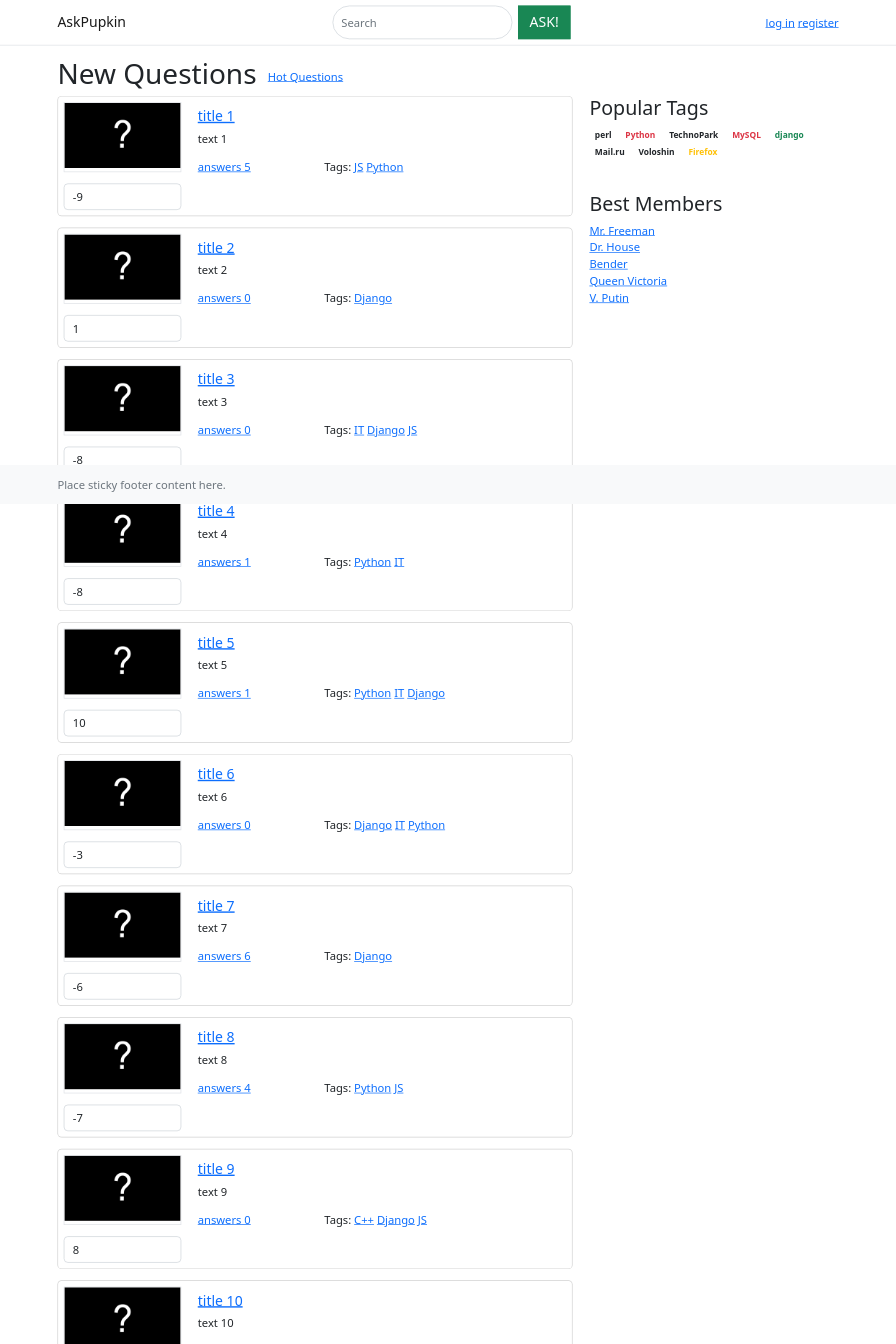
Repository: MiniDan21/askme_molchanov_django
Page: http://localhost/
The author's editor kept a copy of each file at every save. The page is drawn from the files as they stood at one save, then again after the next save.
The browser window is 1280 px wide. The pictures show the part of the page from y = 0 to 1920 px (the page is 5643 px tall before and 5647 px after), at 70% of full size.
The page is served by the project's application, run on Django 5.2 (manage.py).

Above is the page before, as saved 2024-04-09 16:14:51.

After the next save:
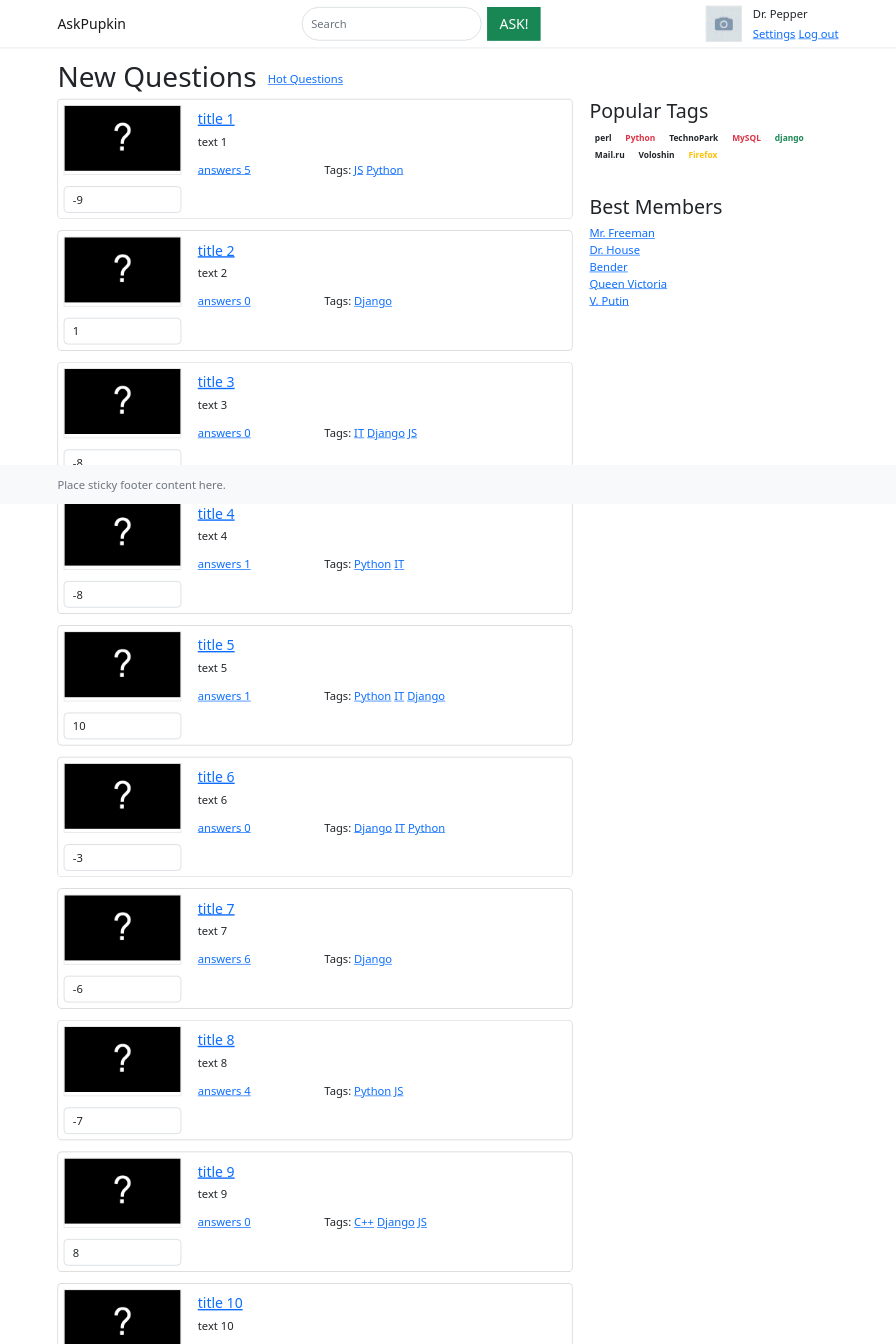
Saved 107 s later.
--- a/app/views.py
+++ b/app/views.py
@@ -18,7 +18,7 @@ def index(request):
             'avatar': '../static/img/alter_question_avatar.jpg',
         })
 
-    return render(request, "index.html", {"questions": questions, "user": False})
+    return render(request, "index.html", {"questions": questions})
 
 def question(request, id):
     return render(request, "question.html")
